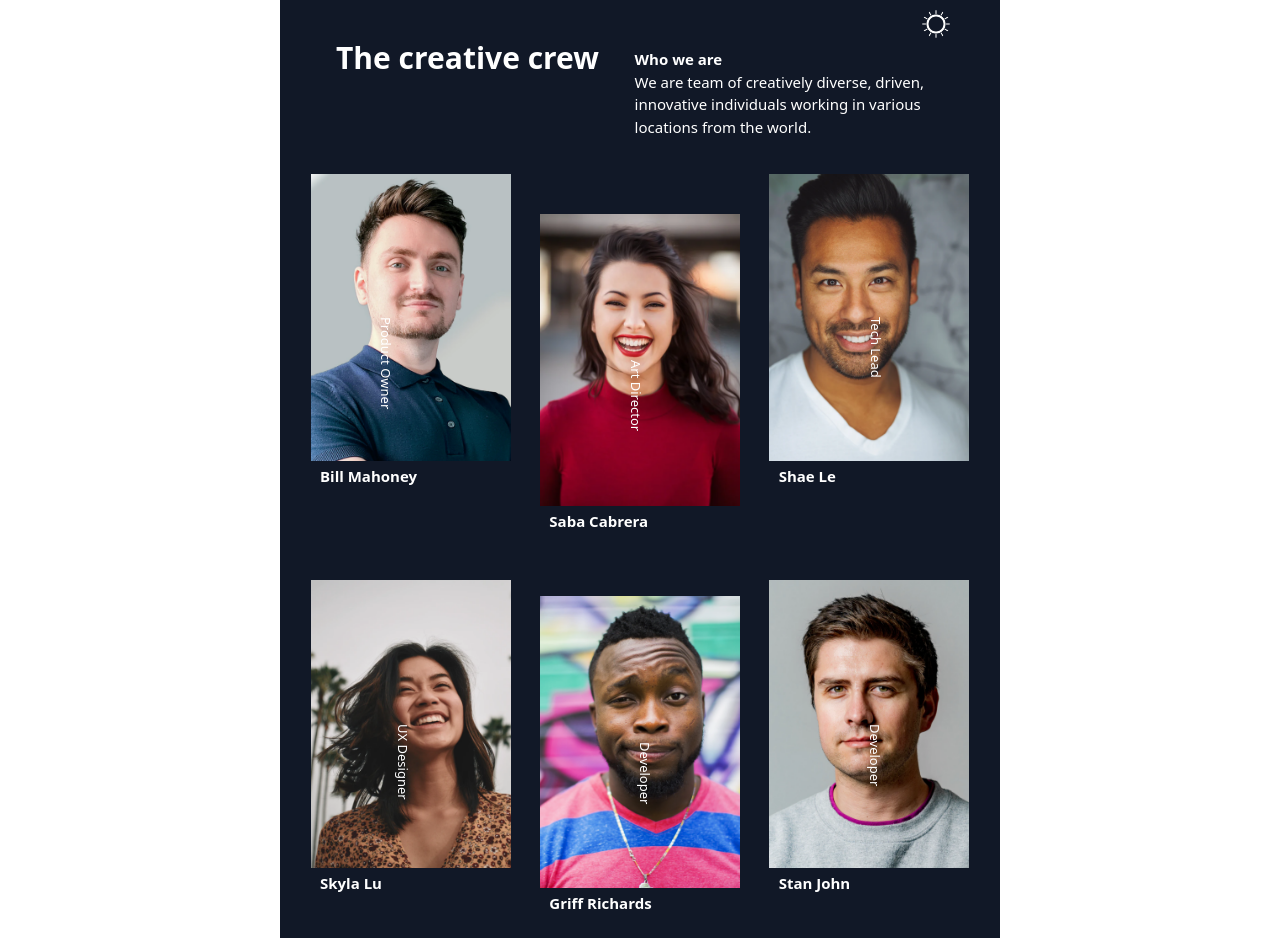
Repository: Alzate1075/Funval-G3-N2
Page: /
An editor plug-in stored every save of this project. The page is shown before and after the next save, followed by the edit.
The browser window is 1280 px wide. The pictures show the whole page.
The project was rebuilt for these pictures with package versions that can differ from the ones it lists, and the page was loaded fresh each time. Also part of the build but not shown: vite.config.js.

Above is the page before, as saved 2025-07-03 11:18:53.

### index.html
<!DOCTYPE html>
<html lang="en">
  <head>
    <meta charset="UTF-8" />
    <link rel="icon" type="image/svg+xml" href="/vite.svg" />
    <meta name="viewport" content="width=device-width, initial-scale=1.0" />
    <link rel="stylesheet" href="./src/index.css" />
    <title>Vite + React</title>
  </head>
  <body>
    <div id="root"></div>
    <script type="module" src="/src/main.jsx"></script>
  </body>
</html>

### src/App.jsx
import React from "react";
import { TeamCard } from "./components/TeamCard";
import miArray from "./components/ArrayTeams";

function App() {
  return (
    <div className="md:bg-[#111827] p-2 md:mx-70">
      <div className="flex justify-end mr-10">
        <img src="/images/sol.png" alt="sol" className="w-8 hidden md:block" />
      </div>
      <div className="flex justify-end">
        <img src="/images/luna.png" alt="luna" className="w-8 md:hidden" />
      </div>
      <div className="md:text-white text-black text-center md:flex md:justify-between md:mx-12">
        <h1 className="text-3xl font-bold">The creative crew</h1>
        <p className="text-[15px] mt-2 max-w-md md:text-md text-wrap text-left m-5">
          <b>Who we are</b>
          <br />
          We are team of creatively diverse, driven, <br /> innovative
          individuals working in various <br /> locations from the world.
        </p>
      </div>

      <div className="md:bg-[#111827] grid grid-cols-2 md:grid-cols-3 gap-x-4 gap-y-6 p-4">
        {miArray.map((persona, index) => (
          <TeamCard
            key={index}
            name={persona.name}
            role={persona.role}
            image={persona.image}
            extraClass={`${index % 2 === 1 ? "mt-6" : ""} ${
              index % 3 === 1 ? "md:mt-10" : ""
            }`}
          />
        ))}
      </div>
    </div>
  );
}

export default App;

### src/components/TeamCard.jsx
import React from "react";
export function TeamCard(props) {
  return (
    <div className={`${props.extraClass}`}>
      <div className="text-black md:text-white md:flex md:items-center md:justify-center gap-2 relative">
        <img src={props.image} alt={props.name} className="md:w-[200px] w-20" />
        <span className="absolute right-10 top-1/2 -translate-y-1/2 rotate-90 origin-left text-[10px] md:text-[13px]">
          {props.role}
        </span>
      </div>
      <div className="md:text-white text-center mt-1 flex justify-star pl-4">
        <h3 className="font-semibold text-[12px] md:text-[15px]">
          {props.name}
        </h3>
      </div>
    </div>
  );
}

### src/components/ArrayTeams.jsx
import React from "react";
const miArray = [
  {
    name: "Bill Mahoney",
    role: "Product Owner",
    image: "/images/photo1.png",
  },
  {
    name: "Saba Cabrera",
    role: "Art Director",
    image: "/images/photo2.png",
  },
  {
    name: "Shae Le",
    role: "Tech Lead",
    image: "/images/photo3.png",
  },
  {
    name: "Skyla Lu",
    role: "UX Designer",
    image: "/images/photo4.png",
  },
  {
    name: "Griff Richards",
    role: "Developer",
    image: "/images/photo5.png",
  },
  {
    name: "Stan John",
    role: "Developer",
    image: "/images/photo6.png",
  },
];

export default miArray;

Loaded but not shown: src/index.css (common file); src/main.jsx (common file)

After the next save:
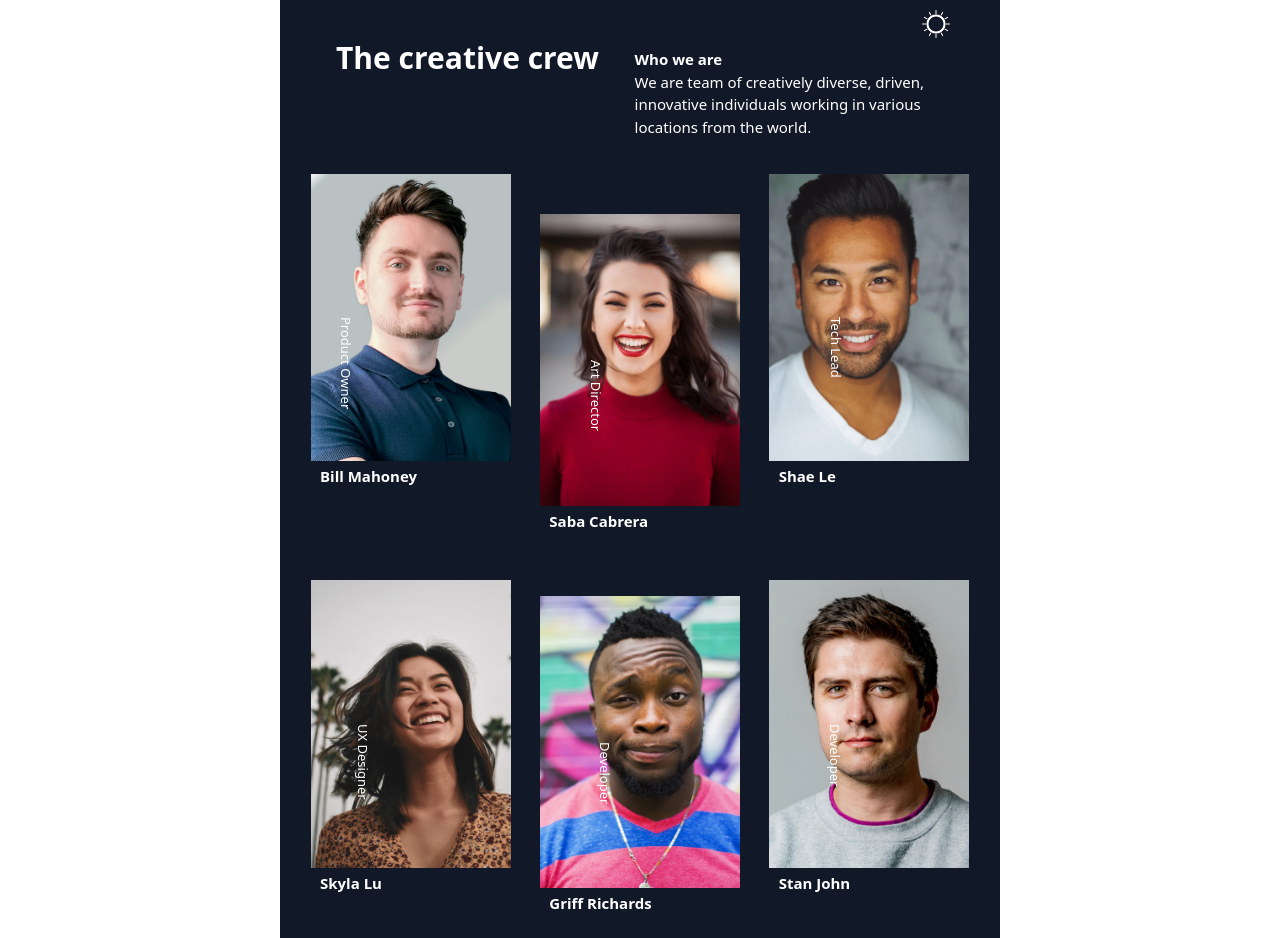
Saved 8 s later.
--- a/src/components/TeamCard.jsx
+++ b/src/components/TeamCard.jsx
@@ -4,7 +4,7 @@ export function TeamCard(props) {
     <div className={`${props.extraClass}`}>
       <div className="text-black md:text-white md:flex md:items-center md:justify-center gap-2 relative">
         <img src={props.image} alt={props.name} className="md:w-[200px] w-20" />
-        <span className="absolute right-10 top-1/2 -translate-y-1/2 rotate-90 origin-left text-[10px] md:text-[13px]">
+        <span className="absolute right-20 top-1/2 -translate-y-1/2 rotate-90 origin-left text-[10px] md:text-[13px]">
           {props.role}
         </span>
       </div>
